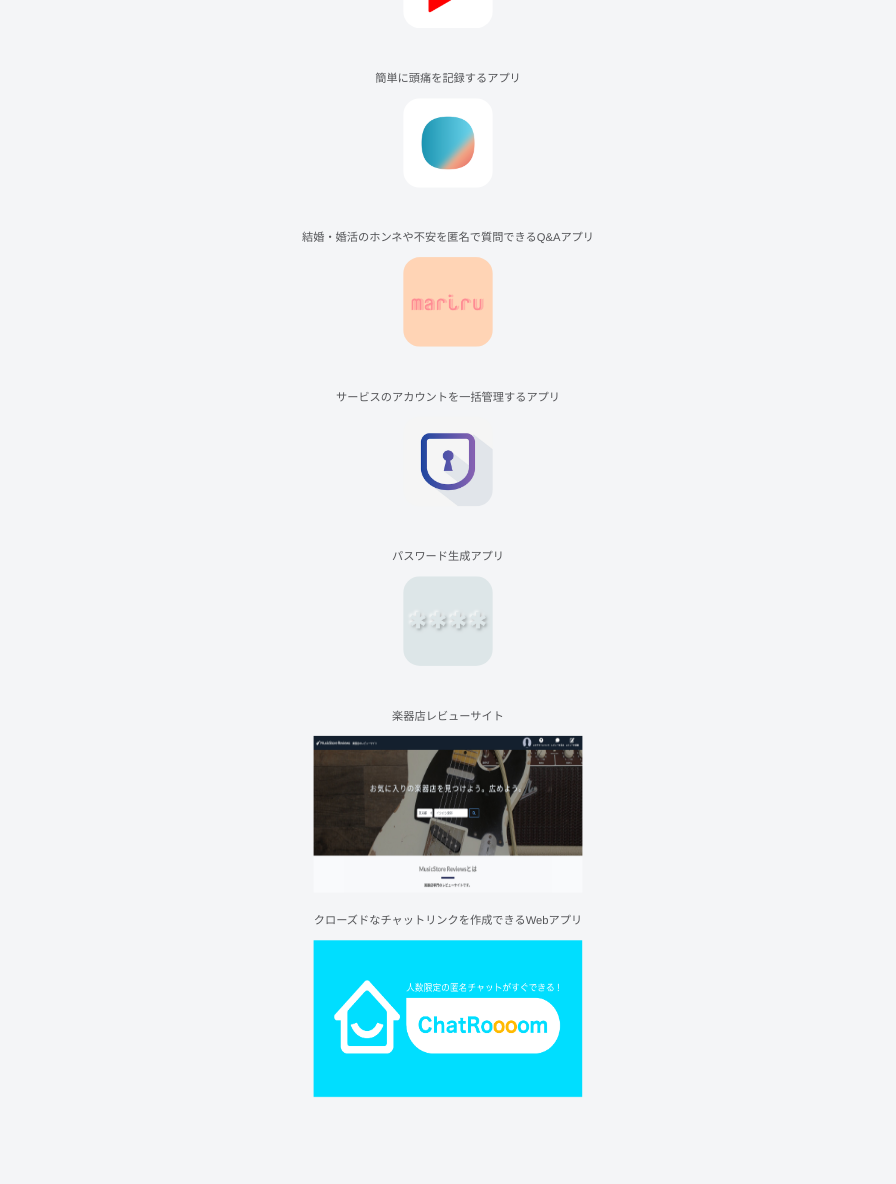
Repository: nosuke0926/my-portfolio
Page: /works
These files come from the project's save history. The page is drawn as it stood at one moment and after the next save; the edit follows.
The browser window is 1280 px wide. The pictures show the part of the page from y = 1205 to 3125 px (the page is 2897 px tall before and 3125 px after), at 70% of full size.
The project was rebuilt for these pictures with package versions that can differ from the ones it lists, and the page was loaded fresh each time. The framework's server and built-in components were replaced by stand-ins that run in the browser. Also part of the build but not shown: next.config.js.

Above is the page before, as saved 2022-07-20 15:13:10.

After the next save:
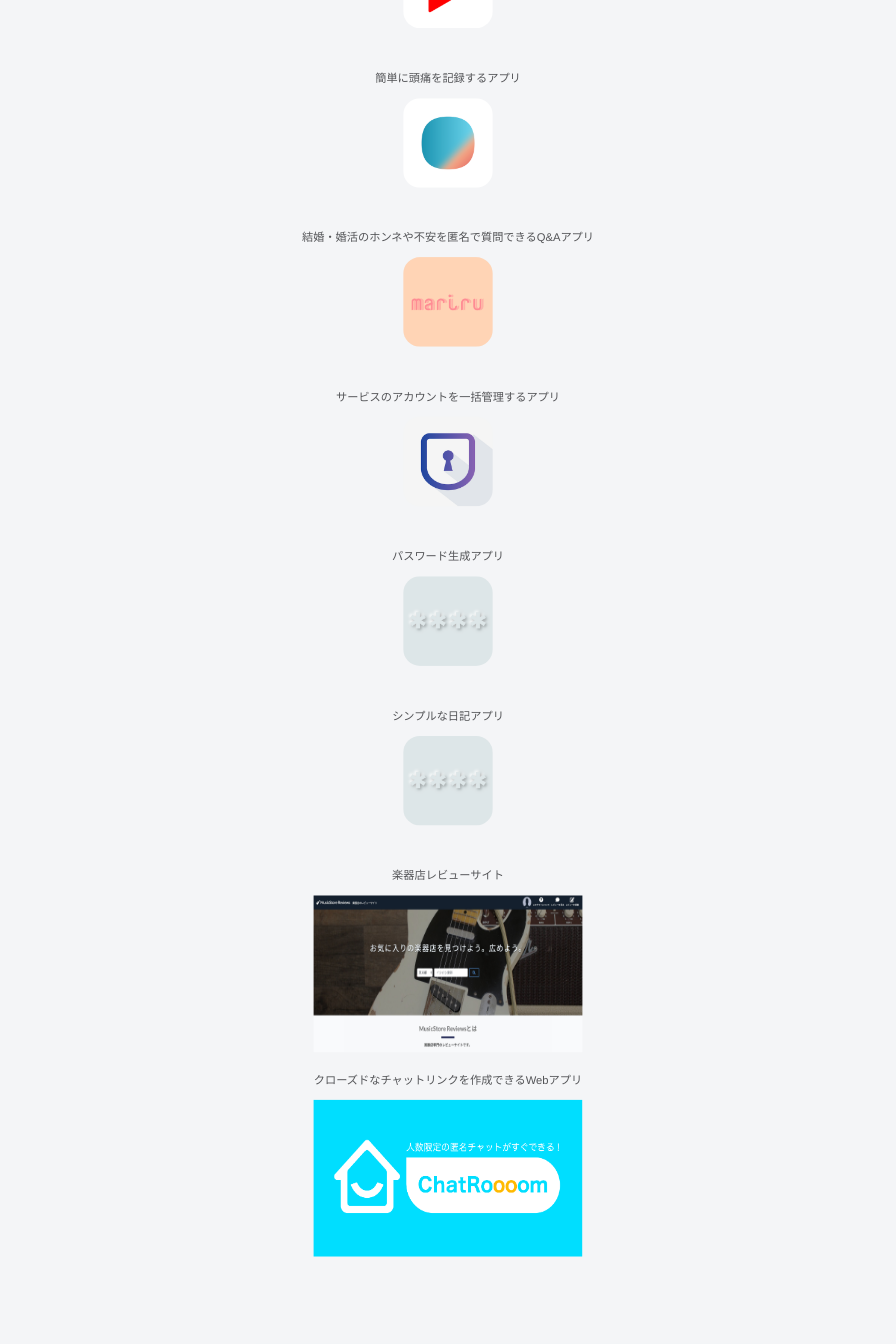
Saved 10 days later.
--- a/pages/works.tsx
+++ b/pages/works.tsx
@@ -131,6 +131,19 @@
         </p>
         <p>
           <TransitionsModal
+            src="/images/products/password_generator.png"
+            alt="超シンプル日記"
+            description="シンプルな日記アプリ"
+            appTitle="超シンプル日記"
+            useTechnology={['Flutter']}
+            appDescription="パスワードを生成することに特化したシンプルなアプリです"
+            iosUrl="https://apps.apple.com/jp/app/id1635128935?mt=8"
+            androidUrl="https://play.google.com/store/apps/details?id=com.nosuke.password_generator&pcampaignid=pcampaignidMKT-Other-global-all-co-prtnr-py-PartBadge-Mar2515-1"
+            type="native"
+          />
+        </p>
+        <p>
+          <TransitionsModal
             src="/images/products/music-store-reviews/cover.jpeg"
             alt="Webアプリ（MusicStore Reviews）"
             description="楽器店レビューサイト"
